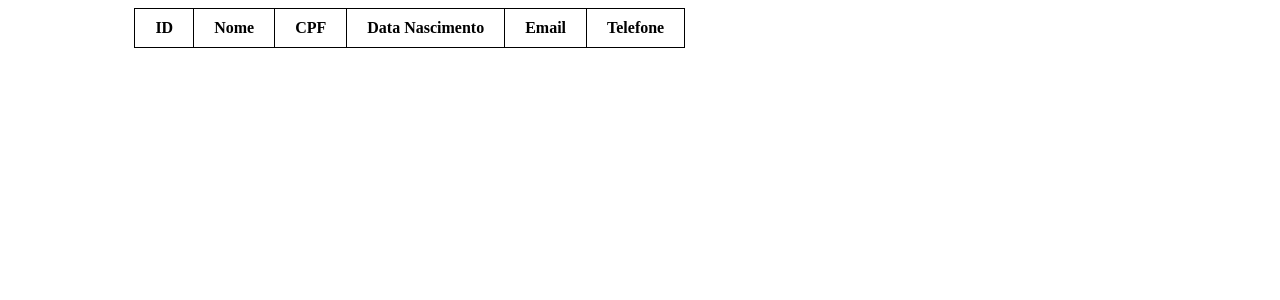
Repository: ujota/crud-cliente
Page: api-clientes/front/html/cliente.html
An editor plug-in stored every save of this project. The page is shown before and after the next save, followed by the edit.
The browser window is 1280 px wide. The pictures show the whole page.
The page's requests for data from a server got no answer.

Above is the page before, as saved 2022-10-03 04:13:20.

After the next save:
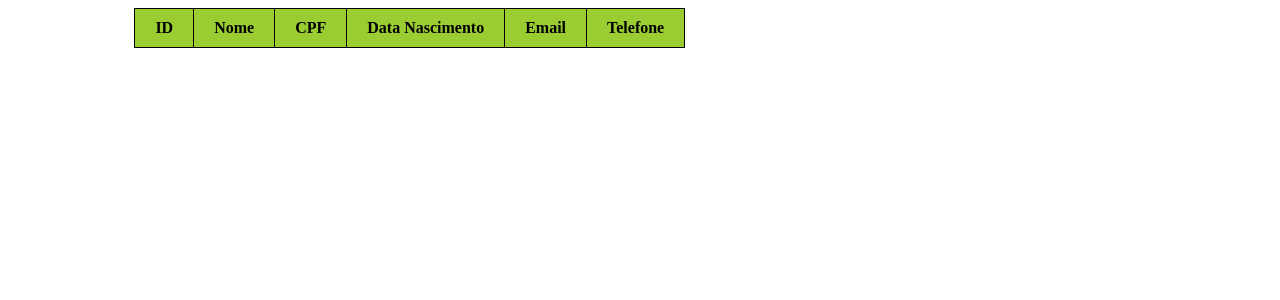
Saved 59 s later.
--- a/api-clientes/front/css/cliente.css
+++ b/api-clientes/front/css/cliente.css
@@ -3,6 +3,9 @@ table{
     border-collapse: collapse;
     border-spacing: 0;
 }
+th{
+	background-color: yellowgreen;
+}
 th, td{
 	border:1px solid black;
     padding: 10px 20px;
